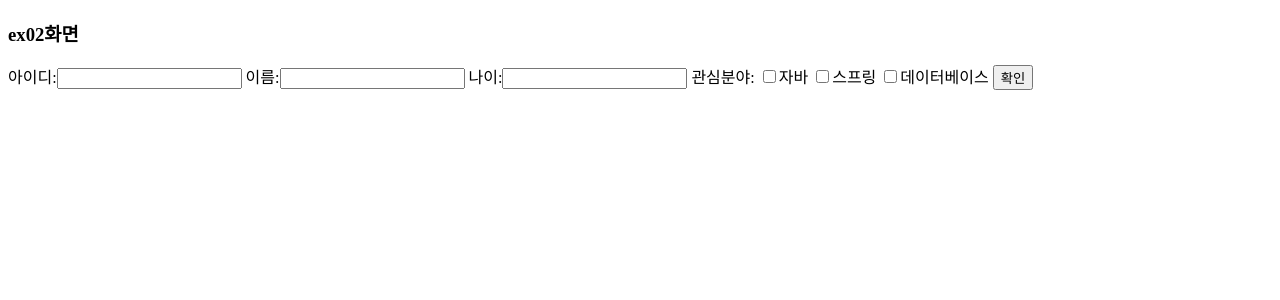
Repository: kohyeonjin/spring
Page: http://localhost/SpringBasic/request/ex02
An editor plug-in stored every save of this project. The page is shown before and after the next save, followed by the edit.
The browser window is 1280 px wide. The pictures show the whole page.
The page is served by Tomcat 9. Other server files are loaded and not shown.

Above is the page before, as saved 2024-02-21 08:37:31.

### SpringBasic/src/main/webapp/WEB-INF/views/request/ex02.jsp
<%@ page language="java" contentType="text/html; charset=UTF-8"
    pageEncoding="UTF-8"%>
<!DOCTYPE html>
<html>
<head>
<meta charset="UTF-8">
<title>Insert title here</title>
</head>
<body>

<h3>ex02화면</h3>

<form>
	아이디:<input type="text" name="id">
	이름:<input type="text" name="name">
	나이:<input type="text" name="age">
	관심분야:
	<input type="checkbox" name="inter">자바
	<input type="checkbox" name="inter">스프링
	<input type="checkbox" name="inter">데이터베이스

	<input type="submit" value="확인">
</form>

</body>
</html>

After the next save:
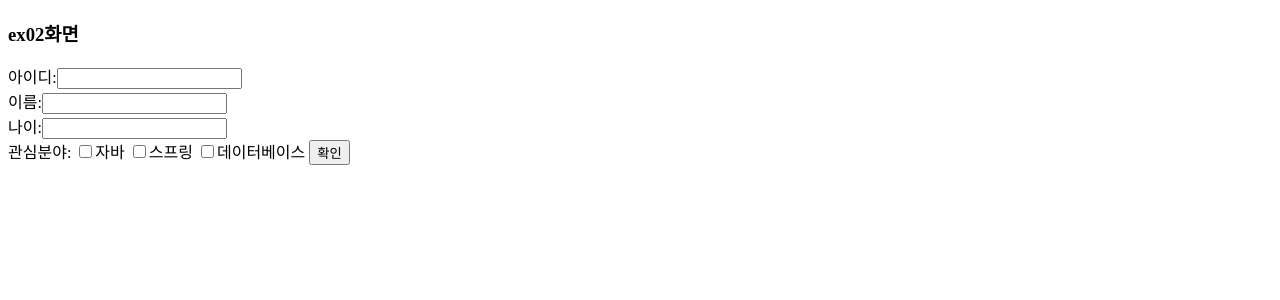
Saved 67 s later.
--- a/SpringBasic/src/main/webapp/WEB-INF/views/request/ex02.jsp
+++ b/SpringBasic/src/main/webapp/WEB-INF/views/request/ex02.jsp
@@ -11,9 +11,9 @@
 <h3>ex02화면</h3>
 
 <form>
-	아이디:<input type="text" name="id">
-	이름:<input type="text" name="name">
-	나이:<input type="text" name="age">
+	아이디:<input type="text" name="id"><br/>
+	이름:<input type="text" name="name"><br/>
+	나이:<input type="text" name="age"><br/>
 	관심분야:
 	<input type="checkbox" name="inter">자바
 	<input type="checkbox" name="inter">스프링
